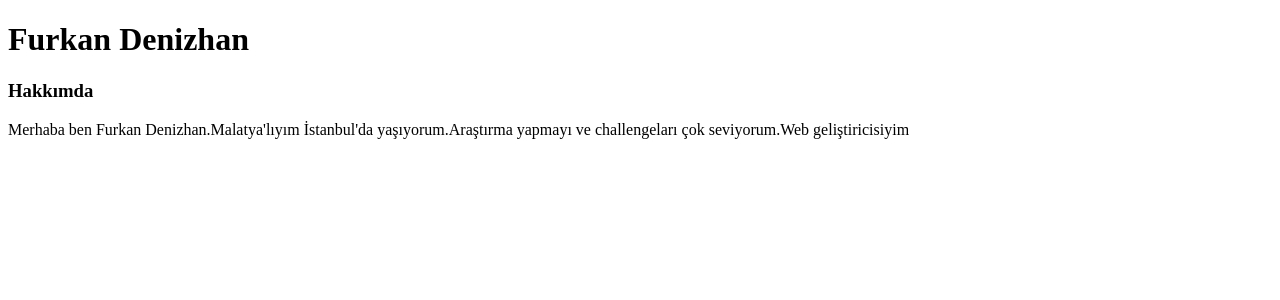
Repository: nevisende/homeworks
Page: 1-Html/index.html
An editor plug-in stored every save of this project. The page is shown before and after the next save, followed by the edit.
The browser window is 1280 px wide. The pictures show the whole page.

Above is the page before, as saved 2021-08-08 12:07:54.

### 1-Html/index.html
<!DOCTYPE html>
<html lang="en">
<head>
    <meta charset="UTF-8">
    <meta http-equiv="X-UA-Compatible" content="IE=edge">
    <meta name="viewport" content="width=device-width, initial-scale=1.0">
    <title>Ödev</title>
</head>
<body>
    <h1>Furkan Denizhan</h1>
    <h3>Hakkımda</h3>
    <p>Merhaba ben Furkan Denizhan.Malatya'lıyım İstanbul'da yaşıyorum.Araştırma yapmayı ve challengeları çok seviyorum.Web geliştiricisiyim</p>
</body>
</html>

After the next save:
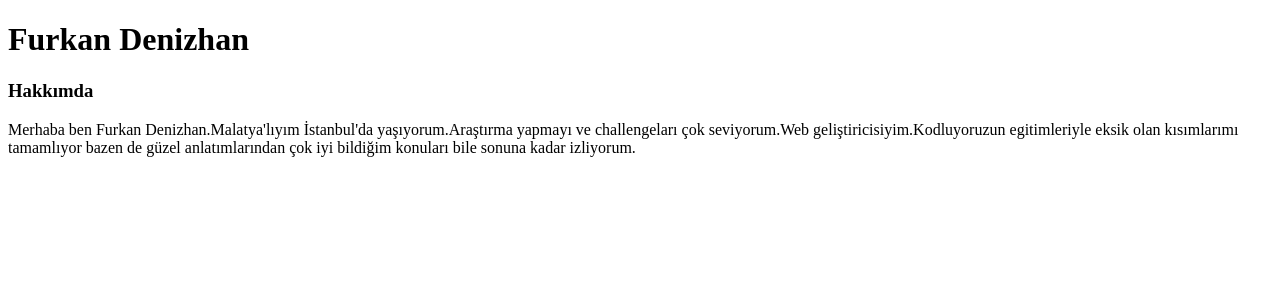
Saved 63 s later.
--- a/1-Html/index.html
+++ b/1-Html/index.html
@@ -9,6 +9,6 @@
 <body>
     <h1>Furkan Denizhan</h1>
     <h3>Hakkımda</h3>
-    <p>Merhaba ben Furkan Denizhan.Malatya'lıyım İstanbul'da yaşıyorum.Araştırma yapmayı ve challengeları çok seviyorum.Web geliştiricisiyim</p>
+    <p>Merhaba ben Furkan Denizhan.Malatya'lıyım İstanbul'da yaşıyorum.Araştırma yapmayı ve challengeları çok seviyorum.Web geliştiricisiyim.Kodluyoruzun egitimleriyle eksik olan kısımlarımı tamamlıyor bazen de güzel anlatımlarından çok iyi bildiğim konuları bile sonuna kadar izliyorum.</p>
 </body>
 </html>
